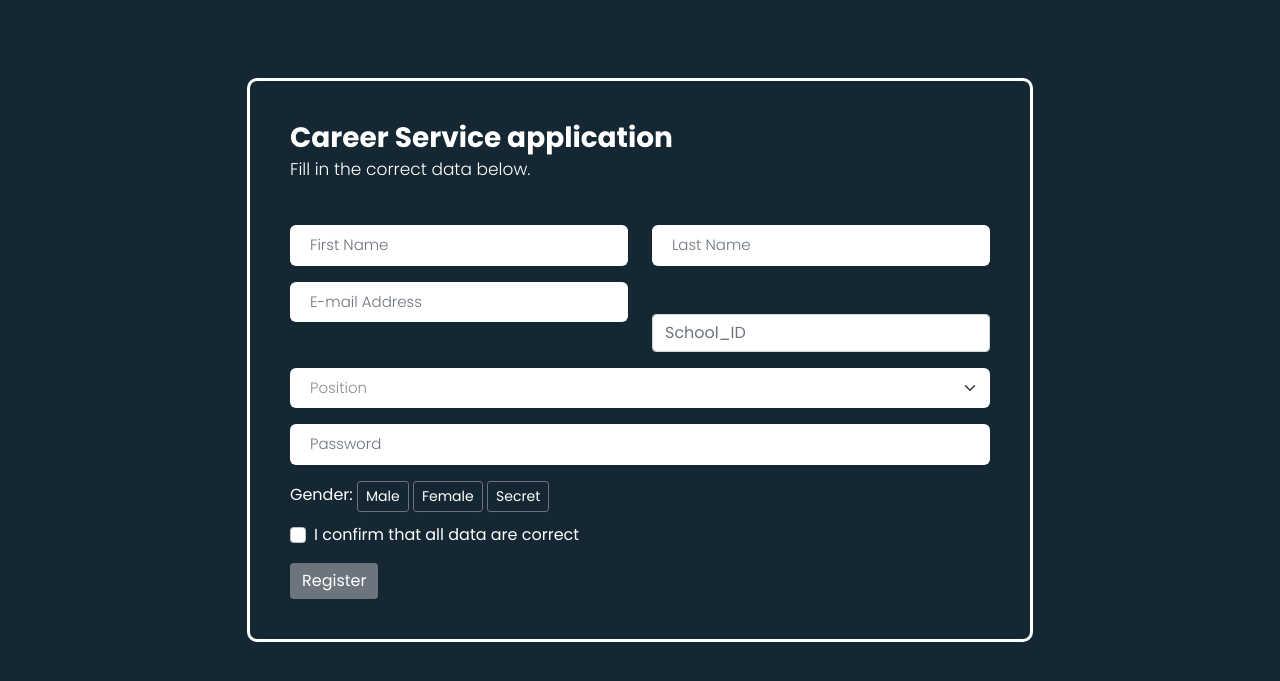
Repository: Samkiroko/form-assignment
Page: index.html
An editor plug-in stored every save of this project. The page is shown before and after the next save, followed by the edit.
The browser window is 1280 px wide. The pictures show the whole page.

Above is the page before, as saved 2022-12-03 18:41:10.

After the next save:
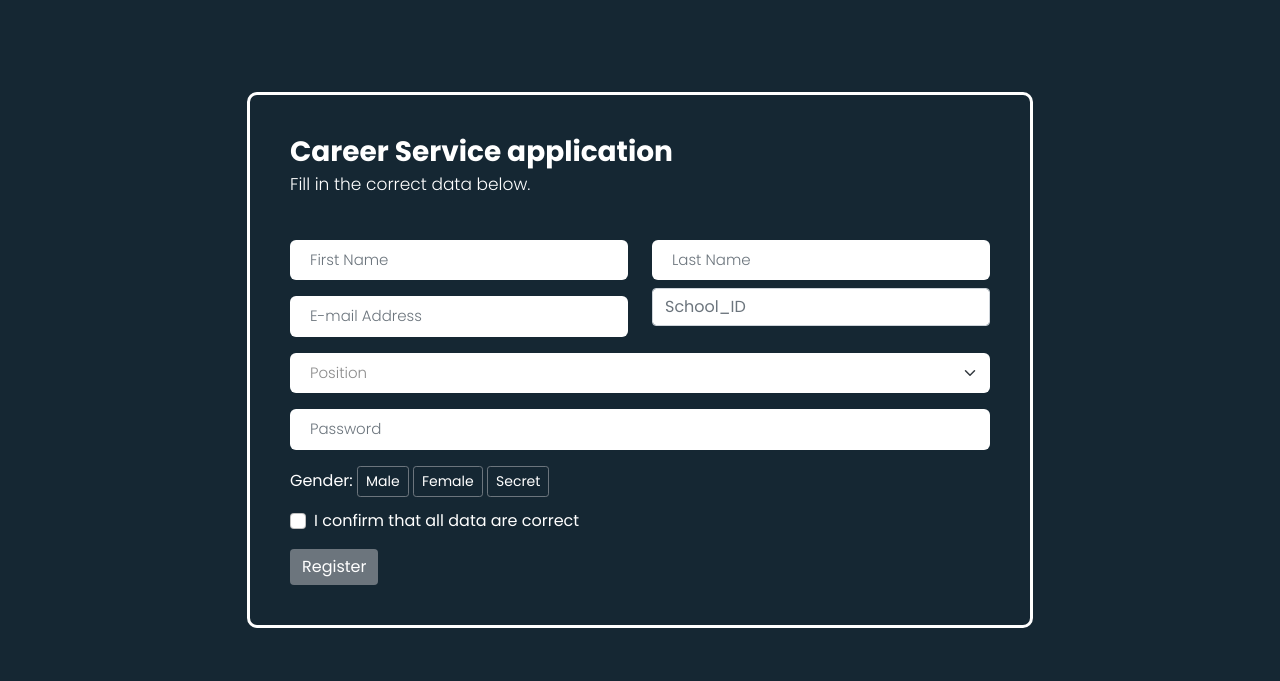
Saved 5 s later.
--- a/index.html
+++ b/index.html
@@ -34,7 +34,7 @@
                                  <div class="valid-feedback">Email field is valid!</div>
                                  <div class="invalid-feedback">Email field cannot be blank!</div>
                             </div>
-                             <div class="col-6 mt-5">
+                             <div class="col-6 mt-2">
                                 <input class="form-control" type="number" name="ID" placeholder="School_ID" required>
                                  <div class="valid-feedback">School id field is valid!</div>
                                  <div class="invalid-feedback">School id field cannot be blank!</div>
